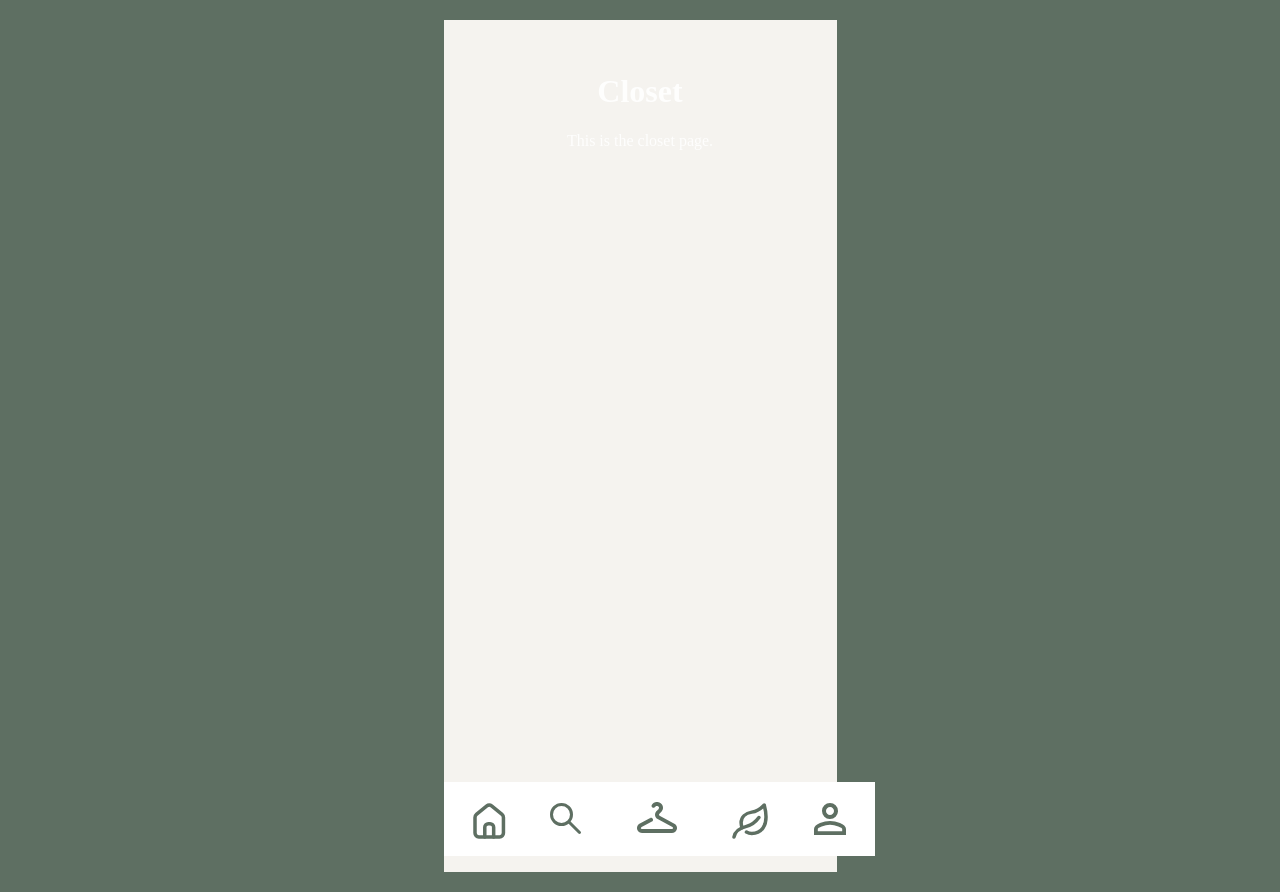
Repository: Strawb3rryjam/app-slotion
Page: /closet
These files come from the project's save history. The page is drawn as it stood at one moment and after the next save; the edit follows.
The browser window is 1280 px wide. The pictures show the whole page.
The project was rebuilt for these pictures with package versions that can differ from the ones it lists, and the page was loaded fresh each time. Also part of the build but not shown: vite.config.js. Imported but missing from the stored project, and not drawn on this page: src/pages/Home.

Above is the page before, as saved 2025-05-07 13:56:29.

### src/main.jsx
import { StrictMode } from 'react'
import { createRoot } from 'react-dom/client'
import './index.css'

import { BrowserRouter } from 'react-router-dom'
import App from './App.jsx'

createRoot(document.getElementById('root')).render(
  <StrictMode>
    <BrowserRouter>
      <App />
    </BrowserRouter>
  </StrictMode>
)

### src/index.css
:root {
  color: rgba(255, 255, 255, 0.87);
}

body {
  width: 393px;
  min-height: 852px;
  margin: 0 auto;
  margin-top: 20px;
  margin-bottom: 20px;

  background-color: #F5F3EF;
  position: relative;

}

html {
  background-color: #5E6F62;
}

### src/App.jsx
import './App.css'
import Home from './pages/Home'
import Closet from './pages/Closet'
import {Routes, Route} from 'react-router-dom'
import NavBar from './components/NavBar'


function App() {
  return (
    <div>
      <NavBar />
      <main className = "main-content">
        <Routes>
          <Route path = "/" element = {<Home />} />
          <Route path = "/closet" element = {<Closet />} />

        </Routes>
      </main>
    </div>

  )
}

export default App

### src/pages/Closet.jsx

function Closet() {
  return (
    <div>
      <h1>Closet</h1>
      <p>This is the closet page.</p>
    </div>
  );
}

export default Closet;

### src/components/NavBar.jsx
import { Link } from "react-router-dom";
import styles from "../css/NavBar.module.css";  // Use this to import styles

/*images*/
import homeIcon from "../assets/Home.svg";
import searchIcon from "../assets/search.svg";
import closetIcon from "../assets/Hanger.svg";
import tipsIcon from "../assets/leaf.svg";
import profileIcon from "../assets/Profile.svg";

/*component*/
import ClosetButton from "../components/closetPageButton";


function NavBar() {
    return (
        <nav className={styles.navbar}> {/* Use styles.navbar for CSS modules */}
            <div className={styles["navbar-links"]}> {/* Use styles for other classes */}
                <Link to="/" className={styles.Home}>
                    <img src={homeIcon} alt="Home" className={styles["nav-icon"]} />
                </Link>
                <Link to="/Search" className={styles.Search}>
                    <img src={searchIcon} alt="Search" className={styles["nav-icon"]} />
                </Link>

                <ClosetButton /> {/* Include the ClosetButton component here */}


                <Link to="/Tips" className={styles.Tips}>
                    <img src={tipsIcon} alt="Tips" className={styles["nav-icon"]} />
                </Link>
                <Link to="/Profile" className={styles.Profile}>
                    <img src={profileIcon} alt="Profile" className={styles["nav-icon"]} />
                </Link>

            </div>
        </nav>
    );
}

export default NavBar;

### src/css/NavBar.module.css
.navbar {
    background-color: white;
    padding: 19px ;
    width: 393px;
    position: absolute;
    bottom: 16px;
    left: 0;
    display: flex;
    justify-content: center;  /* Align the navbar content centrally */
}

.navbar-links {
    display: flex;
    justify-content: space-between; /* Space out the icons evenly */
    align-items: center;
    width: 100%; /* Take up the full width of the navbar */
    padding: 0 10px; /* Add some padding to the sides */
  }


  /*icons*/
  .Home {
    width: 28.444px;
    height: 32px;
  }

  .Search{
    width: 31px;
    height: 31px;
  }

  .Tips{
    width: 32px;
    height: 32px;
  }

.Profile{
  width: 32px;
  height: 32px;
}

### src/components/closetPageButton.jsx
import { useState } from "react";
import { Link } from "react-router-dom";
import styles from "../css/closetPageButton.module.css"; // ✅ Make sure file name matches

// Import icons
import closetNotActive from "../assets/Hanger.svg";
import closetActive from "../assets/HangerActive.svg";



export default function ClosetButton() {
    const [isActive, setIsActive] = useState(false);

    const handleClick = () => {
        setIsActive(!isActive);
    };

    return (
        <div className={styles.closetWrapper}>
            {isActive && (
                <div className={styles.dropdown}>
                    <Link to="/CreatePost" className={styles.dropdownOption1}>Create Post</Link>
                    <Link to="/Closet" className={styles.dropdownOption2}>View Closet</Link>
                </div>
            )}
            <button onClick={handleClick} className={styles.Closet}>
                <img
                    src={isActive ? closetActive : closetNotActive}
                    alt="Closet"
                    className={styles["nav-icon"]}
                />
            </button>
        </div>
    );
}

### src/css/closetPageButton.module.css
.closetWrapper {
    position: relative;
    display: inline-block;
}

.dropdown {
    top: -110px; /* adjust as needed */
    border-radius: 8px;
    padding: 0.5rem;
    display: flex;
    flex-direction: column;
    align-items: center;

    gap: 0.5rem;
    z-index: 10;

    position: absolute;
    bottom: 100%;
    left: 50%;
    transform: translateX(-50%);

}

.dropdownOption1,
.dropdownOption2 {
    color: white;
    text-decoration: none; /* removes underline */
    padding: 0.5rem 1rem;
    border-radius: 4px;
    font-weight: bold;
    text-align: center;
    background-color: transparent;
    transition: background-color 0.2s;
    align-self: center;

    width: 361px;
    height: 59px;
    background-color: #4CAF50; /* green background */


}

.dropdownOption1:hover,
.dropdownOption2:hover {
    background-color: rgba(255, 255, 255, 0.2); /* subtle hover effect */
}

.Closet {
    background: none;
    border: none;
    cursor: pointer;
}

.nav-icon {
    width: 40px;
    height: auto;
}

Loaded but not shown: index.html (common file); src/App.css (common file)

After the next save:
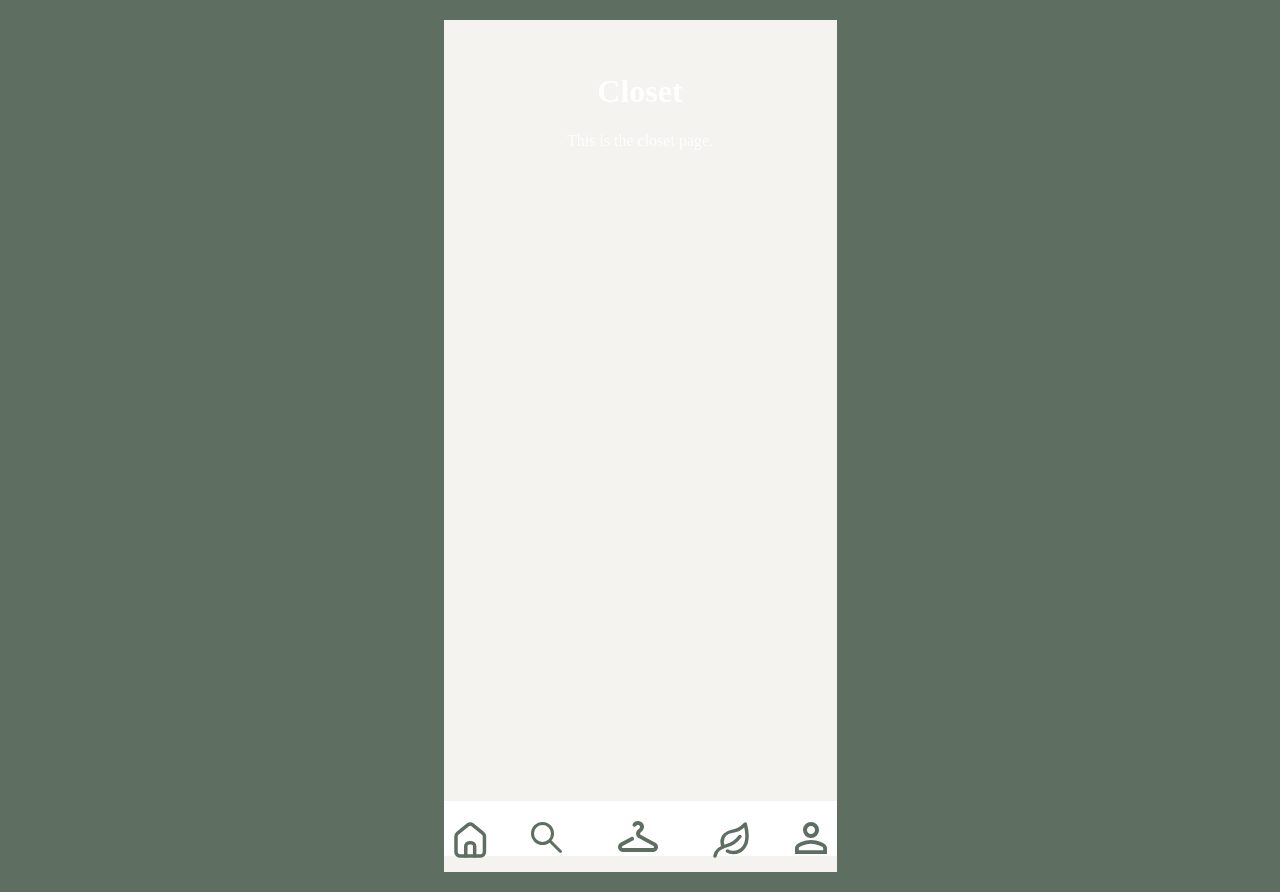
Saved 5 s later.
--- a/src/css/NavBar.module.css
+++ b/src/css/NavBar.module.css
@@ -1,6 +1,6 @@
 .navbar {
     background-color: white;
-    padding: 19px ;
+    padding-top: 19px ;
     width: 393px;
     position: absolute;
     bottom: 16px;
